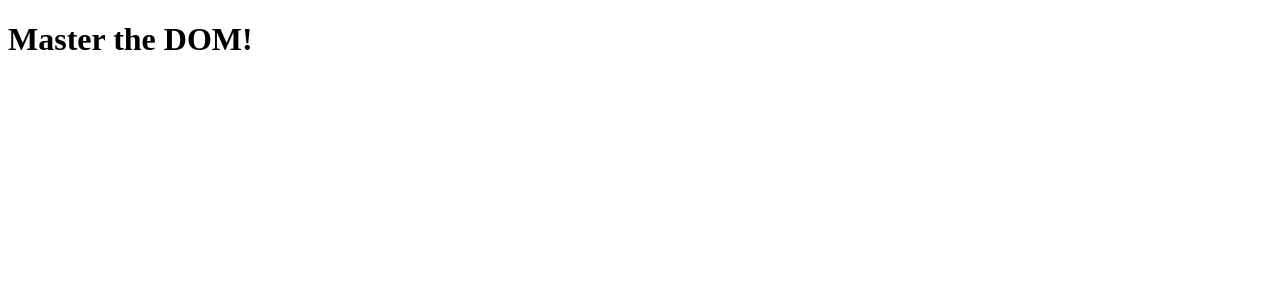
Repository: glgeorgiou/100-days-of-code-projects
Page: DOM Testing/2-2.html
The author's editor kept a copy of each file at every save. The page is drawn from the files as they stood at one save, then again after the next save.
The browser window is 1280 px wide. The pictures show the whole page.

Above is the page before, as saved 2020-04-14 16:14:04.

### DOM Testing/2-2.html
<!DOCTYPE html>
<html lang="en">
<head>
    <title>Master the DOM! - Change the DOM</title>
  </head>
<body>
    <h1>Master the DOM!</h1>

    <script src="2-2.js"></script>
  </body>
</html>

### DOM Testing/2-2.js
/**
 * Source: https://medium.com/@timothyrobards/javascript-fundamentals-master-the-dom-part-2-bef36405598e
 */

 //Create a new dom element
 paragraph = document.createElement('p');
 paragraph.textContent = "I'm a new paragraph"
 console.log(paragraph)

After the next save:
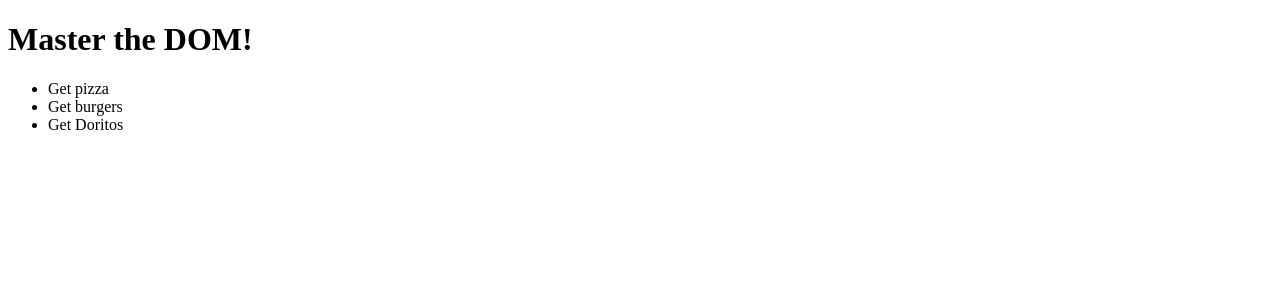
Saved 57 s later.
--- a/DOM Testing/2-2.html
+++ b/DOM Testing/2-2.html
@@ -5,7 +5,11 @@
   </head>
 <body>
     <h1>Master the DOM!</h1>
-
+    <ul>
+        <li>Get pizza</li>
+        <li>Get burgers</li>
+        <li>Get Doritos</li>
+    </ul>
     <script src="2-2.js"></script>
   </body>
 </html>
